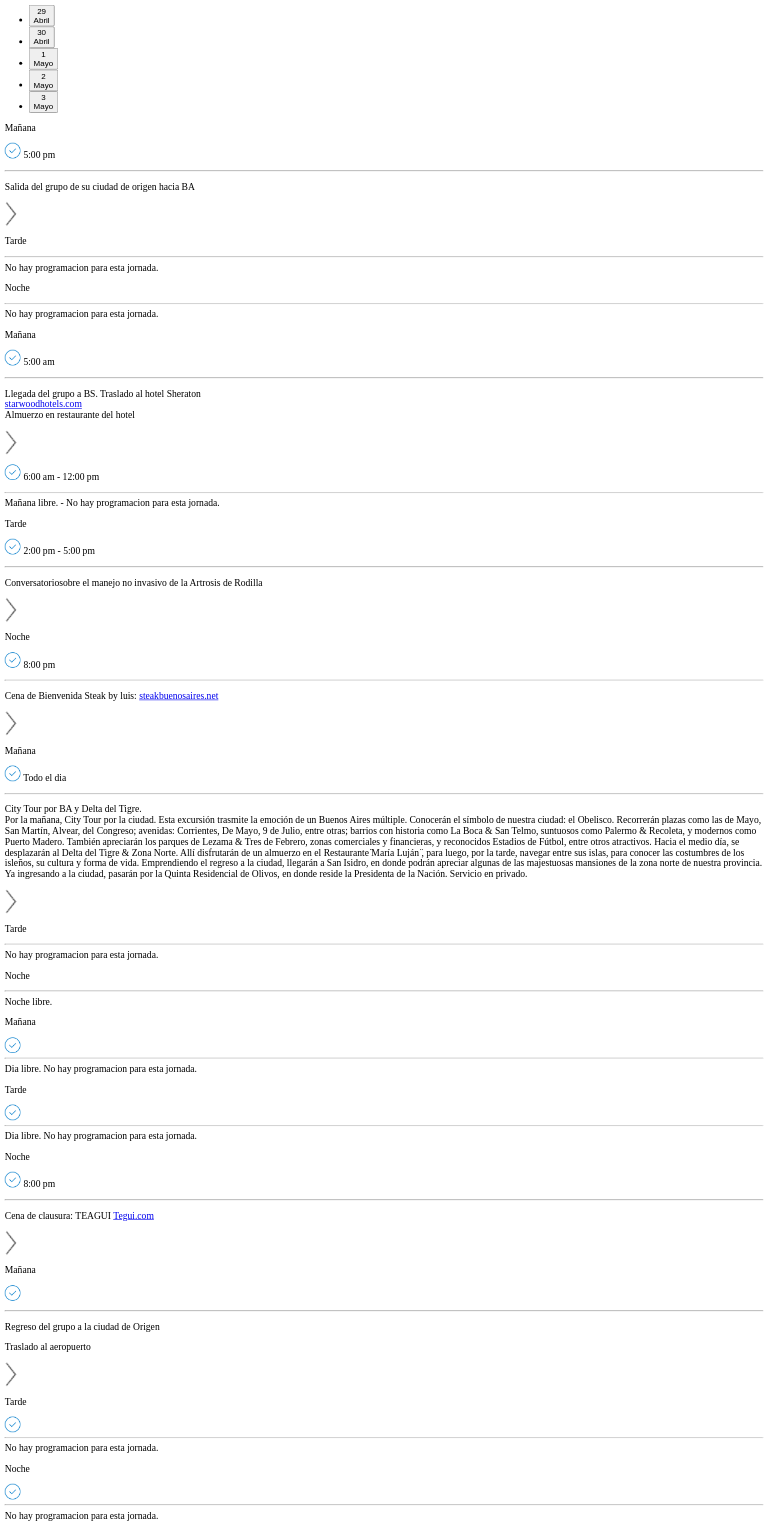
Repository: pacoigloo/Anexia
Page: agenda.html
The author's editor kept a record of every edit. The page is drawn from the files as they stood at one moment, then again after the next edit.
The browser window is 1280 px wide. The pictures show the whole page, at 60% of full size.

Above is the page before.

### agenda.html
<section id="calendario">
    <ul>
        <li><button id="btn1" onclick="MostrarHorarios('1')">29<br>Abril</button></li>
        <li><button id="btn2" onclick="MostrarHorarios('2')">30<br>Abril</button></li>
        <li><button id="btn3" onclick="MostrarHorarios('3')">1<br>Mayo</button></li>
        <li><button id="btn4" onclick="MostrarHorarios('4')">2<br>Mayo</button></li>
        <li><button id="btn5" onclick="MostrarHorarios('5')">3<br>Mayo</button></li>
    </ul>
</section>
<section id="jornadas">
    <div id="dia1">
        <div>
            <p>
                Mañana
            </p>
            <div id="contenT">
                <p id="hora"><img src="img/check.png"></img> 5:00 pm</p>
                <hr>
                <div>
                <p>Salida del grupo de su ciudad de origen hacia BA</p>
                <p id="flecha"><img src="img/flecha-derecha.png"></img></p>
                </div>
            </div>
        </div>
        <div>
            <p>
                Tarde
            </p>
            <div id="contenT">
                <hr>
                No hay programacion para esta jornada.
            </div>
        </div>
        <div>
            <p>
                Noche
            </p>
            <div id="contenT">
                <hr>
                No hay programacion para esta jornada.
            </div>
        </div>
    </div>
    <div id="dia2">
        <div>
            <p>
                Mañana
            </p>
            <div id="contenT">
                <p id="hora"><img src="img/check.png"></img> 5:00 am</p>
                <hr>
                <p>Llegada del grupo a BS. Traslado al hotel Sheraton<br>
                <a href="http://www.starwoodhotels.com/sheraton/property/overview/index.html?propertyID=260">starwoodhotels.com</a><br>
                Almuerzo en restaurante del hotel</p>
                <p><img src="img/flecha-derecha.png" id="flecha"></img></p>
            </div>
            <div id="contenT">
                <p id="hora"><img src="img/check.png"></img> 6:00 am - 12:00 pm</p>
                <hr>
                Mañana libre. -
                No hay programacion para esta jornada.
            </div>
        </div>
        <div>
            <p>
                Tarde
            </p>
            <div id="contenT">
                <p id="hora"><img src="img/check.png"></img> 2:00 pm - 5:00 pm</p>
                <hr>
                <p>Conversatoriosobre el manejo no invasivo de la Artrosis de Rodilla</p>
                <p><img src="img/flecha-derecha.png" id="flecha"></img></p>
            </div>
        </div>
        <div>
            <p>
                Noche
            </p>
            <div id="contenT">
                <p id="hora"><img src="img/check.png"></img> 8:00 pm</p>
                <hr>
                <p>Cena de Bienvenida Steak by luis: <a href="https://steakbuenosaires.net/steak/">steakbuenosaires.net</a></p>
                <p><img src="img/flecha-derecha.png" id="flecha"></img></p>
            </div>
        </div>
    </div>
    <div id="dia3">
        <div>
            <p>
                Mañana
            </p>
            <div id="contenT">
                <p id="hora"><img src="img/check.png"></img> Todo el dia</p>
                <hr>
                <p>City Tour por BA y Delta del Tigre. <br> Por la mañana, City Tour por la ciudad. Esta excursión trasmite la emoción de un Buenos Aires múltiple. Conocerán el símbolo de nuestra ciudad: el Obelisco. Recorrerán plazas como las de Mayo, San Martín, Alvear, del Congreso; avenidas: Corrientes, De Mayo, 9 de Julio, entre otras; barrios con historia como La Boca & San Telmo, suntuosos como Palermo & Recoleta, y modernos como Puerto Madero. También apreciarán los parques de Lezama & Tres de Febrero, zonas comerciales y financieras, y reconocidos Estadios de Fútbol, entre otros atractivos. Hacia el medio día, se desplazarán al Delta del Tigre & Zona Norte. Allí disfrutarán de un almuerzo en el Restaurante  ̈María Luján ̈, para luego, por la tarde, navegar entre sus islas, para conocer las costumbres de los isleños, su cultura y forma de vida. Emprendiendo el regreso a la ciudad, llegarán a San Isidro, en donde podrán apreciar algunas de las majestuosas mansiones de la zona norte de nuestra provincia. Ya ingresando a la ciudad, pasarán por la Quinta Residencial de Olivos, en donde reside la Presidenta de la Nación. Servicio en privado.</p>
                <p><img src="img/flecha-derecha.png" id="flecha"></img></p>
            </div>
        </div>
        <div>
            <p>
                Tarde
            </p>
            <div id="contenT"><hr>
                No hay programacion para esta jornada.
            </div>
        </div>
        <div>
            <p>
                Noche
            </p>
            <div id="contenT"><hr>
                Noche libre.
            </div>
        </div>
    </div>
    <div id="dia4">
        <div>
            <p>
                Mañana
            </p>
            <div id="contenT">
                <img src="img/check.png"></img><hr>
                Dia libre. No hay programacion para esta jornada.
            </div>
        </div>
        <div>
            <p>
                Tarde
            </p>
            <div id="contenT">
                <img src="img/check.png"></img><hr>
                Dia libre. No hay programacion para esta jornada.
            </div>
        </div>
        <div>
            <p>
                Noche
            </p>
            <div id="contenT">
                <p id="hora"><img src="img/check.png"></img> 8:00 pm</p>
                <hr>
                <p>Cena de clausura: TEAGUI <a href="http://tegui.com.ar">Tegui.com</a></p>
                <p><img src="img/flecha-derecha.png" id="flecha"></img></p>
            </div>
        </div>
    </div>
    <div id="dia5">
        <div>
            <p>
                Mañana
            </p>
            <div id="contenT">
                <p id="hora"><img src="img/check.png"></img></p>
                <hr>
                <p>Regreso del grupo a la ciudad de Origen</p>
                <p>Traslado al aeropuerto</p>
                <p><img src="img/flecha-derecha.png" id="flecha"></img></p>
            </div>
        </div>
        <div>
            <p>
                Tarde
            </p>
            <div id="contenT">
                <img src="img/check.png"></img><hr>
                No hay programacion para esta jornada.
            </div>

        </div>
        <div>
            <p>
                Noche
            </p>
            <div id="contenT">
                <img src="img/check.png"></img><hr>
                No hay programacion para esta jornada.
            </div>
        </div>
    </div>
</section>

After the next edit:
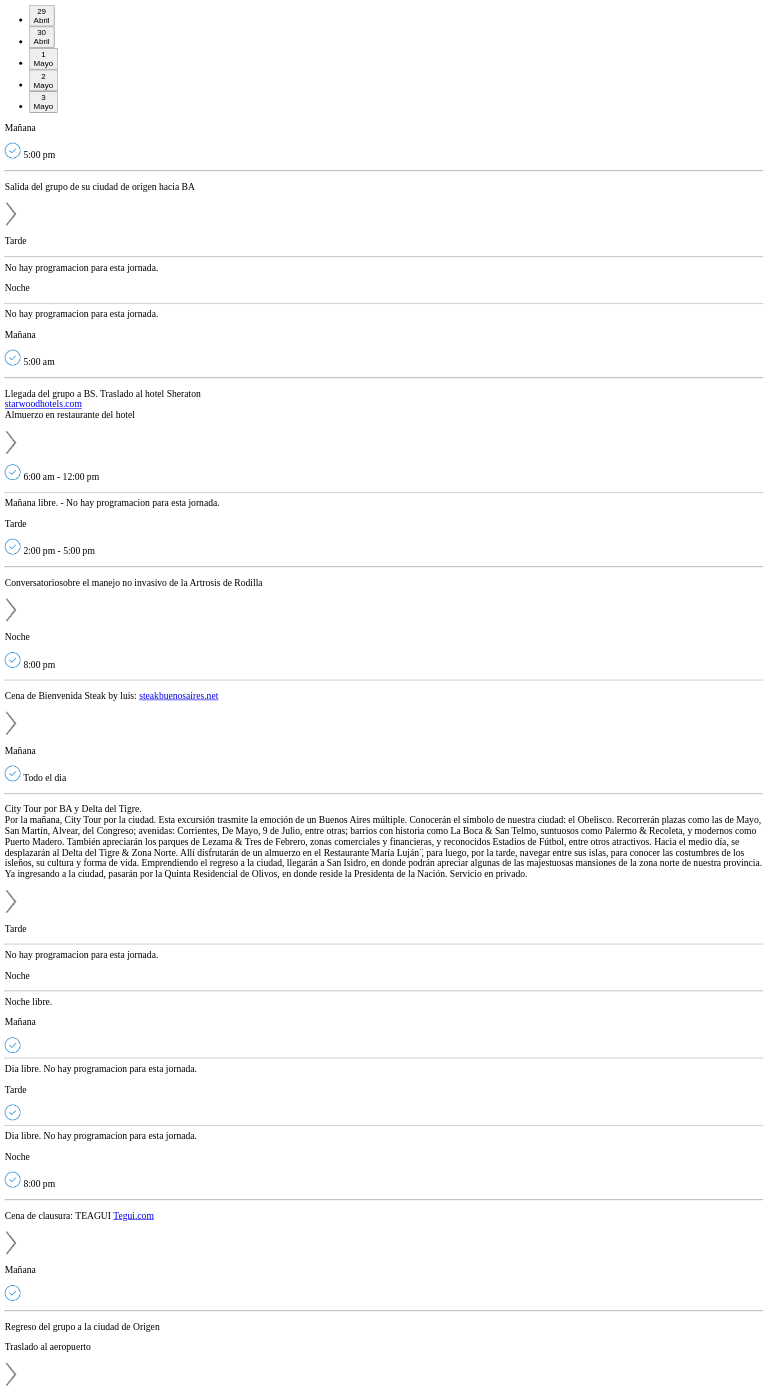
The edit:
--- a/agenda.html
+++ b/agenda.html
@@ -157,24 +157,5 @@
                 <p><img src="img/flecha-derecha.png" id="flecha"></img></p>
             </div>
         </div>
-        <div>
-            <p>
-                Tarde
-            </p>
-            <div id="contenT">
-                <img src="img/check.png"></img><hr>
-                No hay programacion para esta jornada.
-            </div>
-
-        </div>
-        <div>
-            <p>
-                Noche
-            </p>
-            <div id="contenT">
-                <img src="img/check.png"></img><hr>
-                No hay programacion para esta jornada.
-            </div>
-        </div>
     </div>
 </section>
